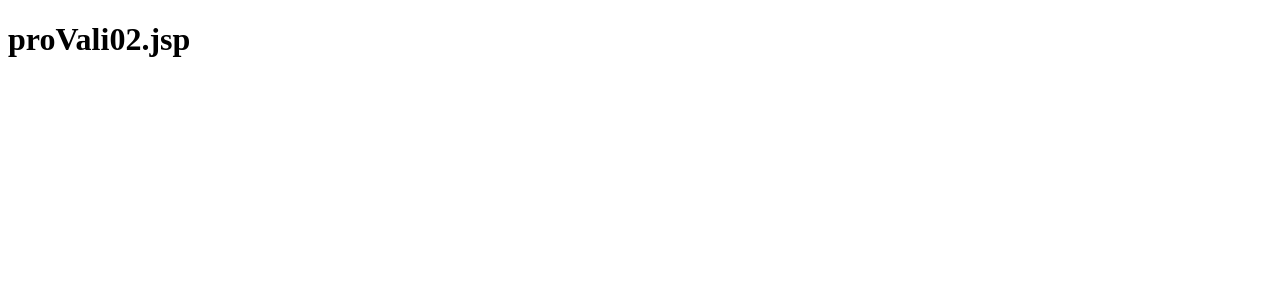
Repository: davisbyun/ai
Page: http://localhost/jspBook/ch08/proVali02.jsp
These files come from the project's save history. The page is drawn as it stood at one moment and after the next save; the edit follows.
The browser window is 1280 px wide. The pictures show the whole page.
The page is served by Tomcat 9. Other server files are loaded and not shown.

Above is the page before, as saved 2024-01-23 02:38:38.

### jspBook/src/main/webapp/ch08/proVali02.jsp
<%@ page language="java" contentType="text/html; charset=UTF-8"
    pageEncoding="UTF-8"%>
<!DOCTYPE html>
<html>
<head>
<meta charset="UTF-8">
<title>Insert title here</title>
</head>
<body>
  <h1>proVali02.jsp</h1>

  <%
  String id = request.getParameter("id");
  String pwd = request.getParameter("pwd");
  %>
</body>
</html>

After the next save:
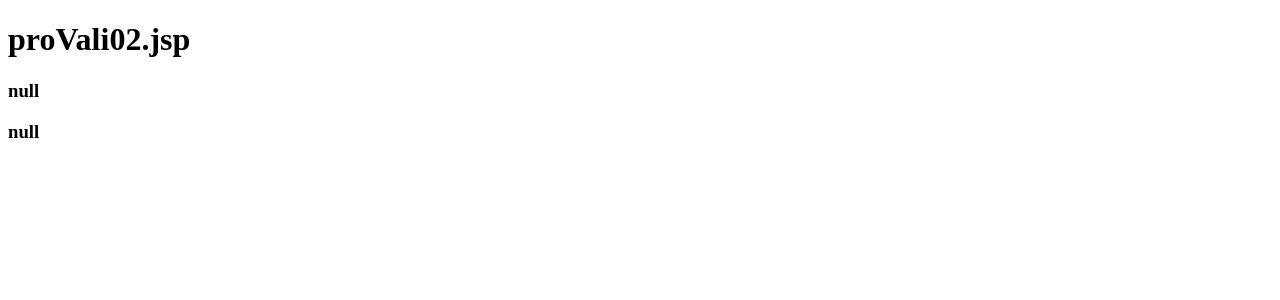
Saved 34 s later.
--- a/jspBook/src/main/webapp/ch08/proVali02.jsp
+++ b/jspBook/src/main/webapp/ch08/proVali02.jsp
@@ -12,6 +12,10 @@
   <%
   String id = request.getParameter("id");
   String pwd = request.getParameter("pwd");
+
   %>
+
+  <h3><%= id %></h3>
+  <h3><%= pwd %></h3>
 </body>
 </html>
